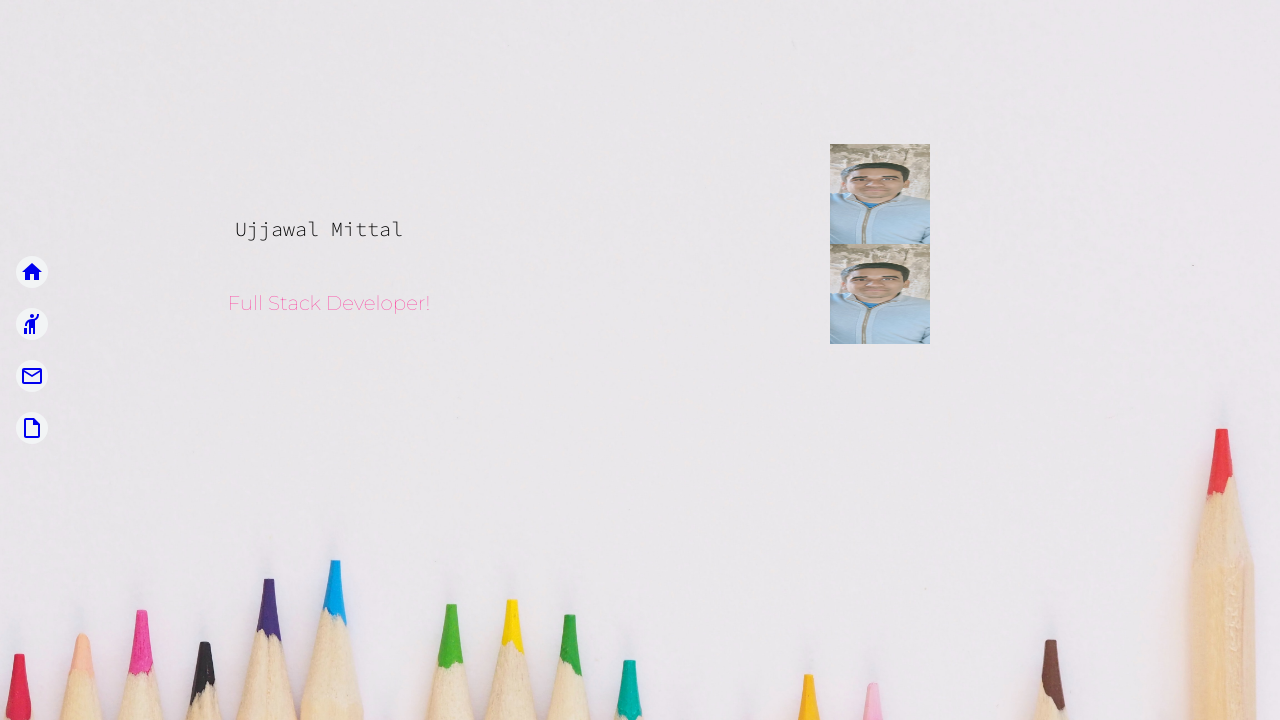
Repository: ujjawalmittal55/portfolio1
Page: /
The author's editor kept a copy of each file at every save. The page is drawn from the files as they stood at one save, then again after the next save.
The browser window is 1280 px wide. The pictures show the whole page.
The project was rebuilt for these pictures with package versions that can differ from the ones it lists, and the page was loaded fresh each time. Also part of the build but not shown: src/about.css, src/About.jsx, src/document.css, src/Document.jsx, src/contact.css, src/Contact.jsx.

Above is the page before, as saved 2022-05-09 14:13:36.

### public/index.html
<!DOCTYPE html>
<html lang="en">
  <head>

    <style>
      @import url('https://fonts.googleapis.com/css2?family=Montserrat:ital,wght@0,100;1,100&family=Source+Code+Pro:wght@300&display=swap');
    </style>
    <meta charset="utf-8" />
    <link rel="icon" href="%PUBLIC_URL%/favicon.ico" />
    <meta name="viewport" content="width=device-width, initial-scale=1" />
    <meta name="theme-color" content="#000000" />
    <meta
      name="description"
      content="Web site created using create-react-app"
    />
    <link rel="apple-touch-icon" href="%PUBLIC_URL%/logo192.png" />
    <!--
      manifest.json provides metadata used when your web app is installed on a
      user's mobile device or desktop. See https://developers.google.com/web/fundamentals/web-app-manifest/
    -->
    <link rel="manifest" href="%PUBLIC_URL%/manifest.json" />
    <!--
      Notice the use of %PUBLIC_URL% in the tags above.
      It will be replaced with the URL of the `public` folder during the build.
      Only files inside the `public` folder can be referenced from the HTML.

      Unlike "/favicon.ico" or "favicon.ico", "%PUBLIC_URL%/favicon.ico" will
      work correctly both with client-side routing and a non-root public URL.
      Learn how to configure a non-root public URL by running `npm run build`.
    -->
    <title>React App</title>
  </head>
  <body>
    <noscript>You need to enable JavaScript to run this app.</noscript>
    <div id="root"></div>
    <!--
      This HTML file is a template.
      If you open it directly in the browser, you will see an empty page.

      You can add webfonts, meta tags, or analytics to this file.
      The build step will place the bundled scripts into the <body> tag.

      To begin the development, run `npm start` or `yarn start`.
      To create a production bundle, use `npm run build` or `yarn build`.
    -->
  </body>
</html>

### src/index.tsx
import React from "react";
import ReactDOM from "react-dom/client";
import "./index.css";
import App from "./App";
import Portfolio from "./Portfolio";
import SideBar from "./SideBar";

import reportWebVitals from "./reportWebVitals";
import { BrowserRouter } from "react-router-dom";

const rootElement = document.getElementById("root");
if (!rootElement) throw new Error("Failed to find the root element");
const root = ReactDOM.createRoot(rootElement);
root.render(
  <React.StrictMode>
    <BrowserRouter>
      <Portfolio />
    </BrowserRouter>
  </React.StrictMode>
);

// If you want to start measuring performance in your app, pass a function
// to log results (for example: reportWebVitals(console.log))
// or send to an analytics endpoint. Learn more: https://bit.ly/CRA-vitals
reportWebVitals();

### src/Portfolio.tsx
import React, { Component } from "react";
import { BrowserRouter, Route, Link, Routes } from "react-router-dom";
import Display from "./Display";
import "./homepage.css";
import SideBar from "./SideBar";
import About from "./About";
import Document from "./Document";
import Contact from "./Contact";
function Portfolio() {
  return (
    <div className="Home">
      <div className="sidebar">
        <SideBar />
      </div>
      <div className="main_content">
        <Routes>
          <Route path="/" element={<Display />} />
          <Route path="/about" element={<About />} />
          <Route path="/contact" element={<Contact />} />
          <Route path="/projects" element={<Display />} />
          <Route path="/document" element={<Document />} />
        </Routes>
      </div>
    </div>
  );
}

export default Portfolio;

### src/Display.tsx
import React from "react";
import "./display.css";
import { motion } from "framer-motion";
function Display() {
  return (
    <div className="display">
      <div className="display-div">
        <div className="name">Ujjawal Mittal</div>
        <motion.div
          className="role"
          animate={{ color: "#ff2994", x: 10, y: 10, fontSize: "20px" }}
        >
          Full Stack Developer!
        </motion.div>
      </div>
      <div className="projects">
        <motion.img
          initial={{ opacity: 0, y: "-100vh" }}
          animate={{ opacity: 1, y: 0 }}
          transition={{ delay: 1, duration: 2 }}
          whileHover={{ scale: 1.1, rotateZ: 180, transition: { delay: 0 } }}
          src="/my.jpeg"
          height="100vh"
          width="100vw"
        ></motion.img>
        <motion.img
          initial={{ opacity: 0, y: "-100vh" }}
          animate={{ opacity: 1, y: 0, rotateX: 360 }}
          transition={{ delay: 1, duration: 2 }}
          whileHover={{ scale: 1.1, rotateZ: 180, transition: { delay: 0 } }}
          src="/my.jpeg"
          height="100vh"
          width="100vw"
        ></motion.img>
      </div>
    </div>
  );
}

export default Display;

### src/homepage.css
.Home {
  background-image: url("/public/bg.jpg");
  background-size: cover;
  background-repeat: no-repeat;
  display: flex;
}
.main_content {
  flex: 1;
}

### src/SideBar.tsx
import React from "react";
import {
  BrowserRouter as Router,
  Route,
  Link,
  useParams,
  NavLink,
} from "react-router-dom";

import "./sidebar.css";
import HomeIcon from "@mui/icons-material/Home";
import HailIcon from "@mui/icons-material/Hail";
import InsertDriveFileOutlinedIcon from "@mui/icons-material/InsertDriveFileOutlined";
import EmailOutlinedIcon from "@mui/icons-material/EmailOutlined";

function SideBar() {
  return (
    <div>
      <div className="sidebar">
        <ul className="sidebar-items">
          <li className="list">
            <Link to="/">
              <div className="list-div">
                <HomeIcon>home</HomeIcon>
              </div>
            </Link>
          </li>
          <Link to="/about">
            <li className="list">
              <div className="list-div">
                <HailIcon>home</HailIcon>
              </div>
            </li>
          </Link>
          <Link to="/contact">
            <li className="list">
              <div className="list-div">
                <EmailOutlinedIcon>home</EmailOutlinedIcon>
              </div>
            </li>
          </Link>

          <Link to="/document">
            <li className="list">
              <div className="list-div">
                <InsertDriveFileOutlinedIcon>home</InsertDriveFileOutlinedIcon>
              </div>
            </li>
          </Link>
        </ul>
      </div>
    </div>
  );
}

export default SideBar;

### src/display.css
.display {
  display: flex;
  text-align: center;
}
.display-div {
  display: grid;
  justify-content: center;
  margin-top: 30vh;
  margin-left: 12vw;
  margin-right: 12vw;
}
.name {
  font-family: "Source Code Pro", monospace;
  font-size: 1.25em;
}
.role {
  font-family: "Montserrat", monospace;
}
.projects {
  margin-top: 20vh;
  margin-left: 20vw;
  display: grid;
}

### src/sidebar.css
.sidebar {
  height: 100%;
  /* background-color: rgb(221, 195, 195) */
}
.sidebar {
  height: 100vh;
  display: grid;
  align-items: center;
  text-align: center;
  text-decoration: none;
}
.sidebar-items {
  padding: 0;
  margin: 1em;
}

.list {
  font-size: 1em;
  margin-bottom: 1.25em;
  list-style-type: none;
  text-align: center;
  text-decoration: none;
  padding: auto;
}

.list-div:hover {
  text-decoration: underline;
  transform: scale(1.25);
  background-color: rgb(126, 128, 247);
}

.list-div {
  display: flex;
  justify-content: center;
  align-items: center;
  text-align: center;
  height: 2em;
  width: 2em;
  background-color: rgb(242, 244, 245);
  border-radius: 50%;
  transition-duration: 0.5s;
}

Loaded but not shown: src/index.css (common file); src/reportWebVitals.js (common file)

After the next save:
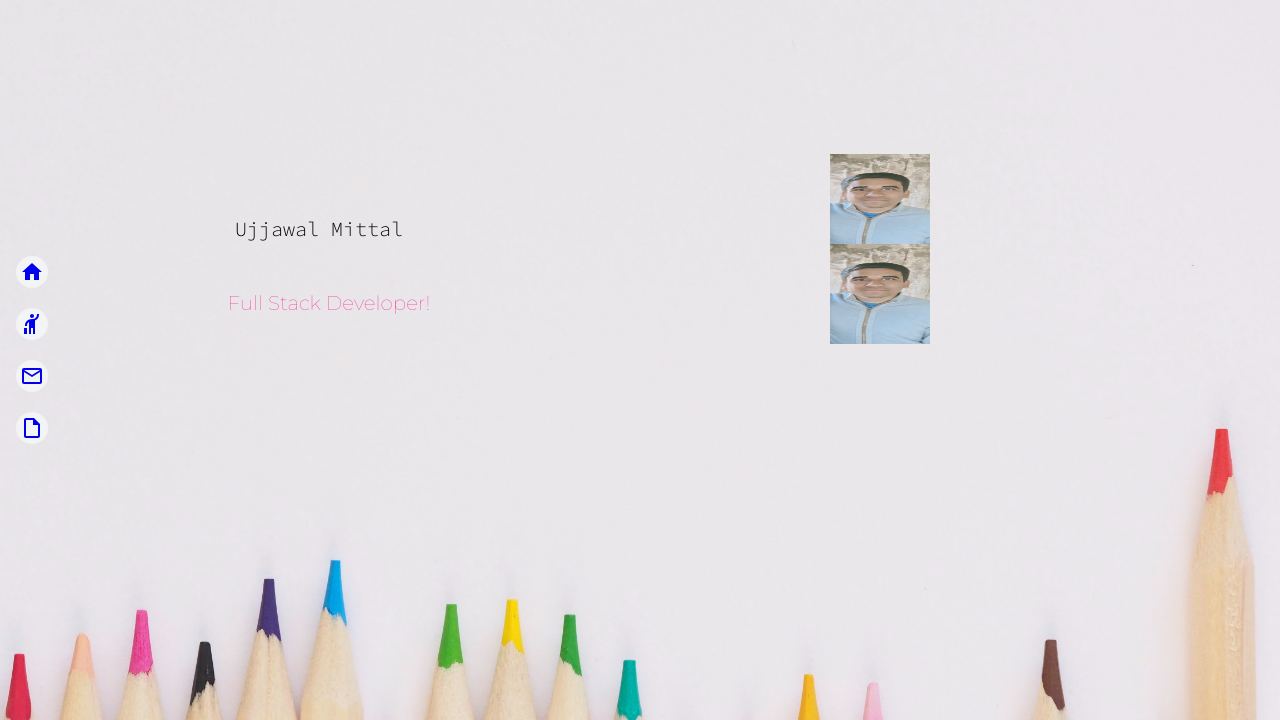
Saved 2 days later.
--- a/src/Display.tsx
+++ b/src/Display.tsx
@@ -16,8 +16,8 @@ function Display() {
       <div className="projects">
         <motion.img
           initial={{ opacity: 0, y: "-100vh" }}
-          animate={{ opacity: 1, y: 0 }}
-          transition={{ delay: 1, duration: 2 }}
+          animate={{ opacity: 1, y: [-10, 10] }}
+          transition={{ delay: 1, duration: 2, yoyo: Infinity }}
           whileHover={{ scale: 1.1, rotateZ: 180, transition: { delay: 0 } }}
           src="/my.jpeg"
           height="100vh"
